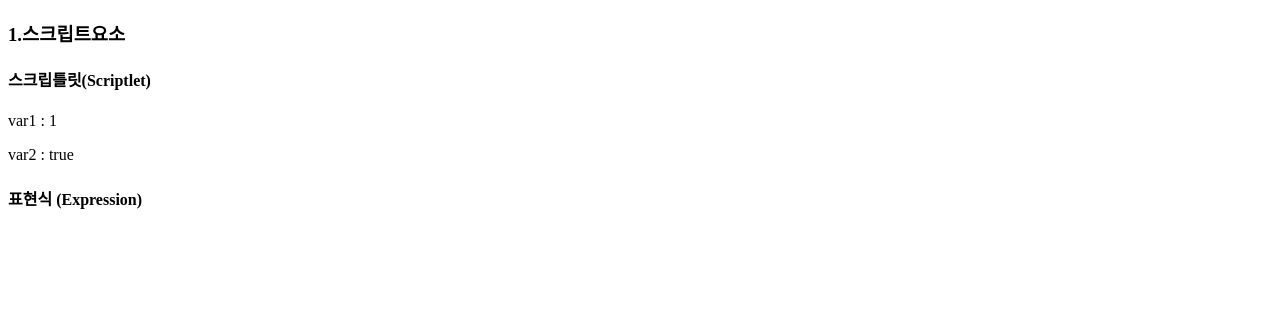
Repository: gahuileeee/JSP
Page: http://localhost/ch02/1.스크립요소.jsp
An editor plug-in stored every save of this project. The page is shown before and after the next save, followed by the edit.
The browser window is 1280 px wide. The pictures show the whole page.
The page is served by Tomcat 9.

Above is the page before, as saved 2024-01-29 01:20:12.

After the next save:
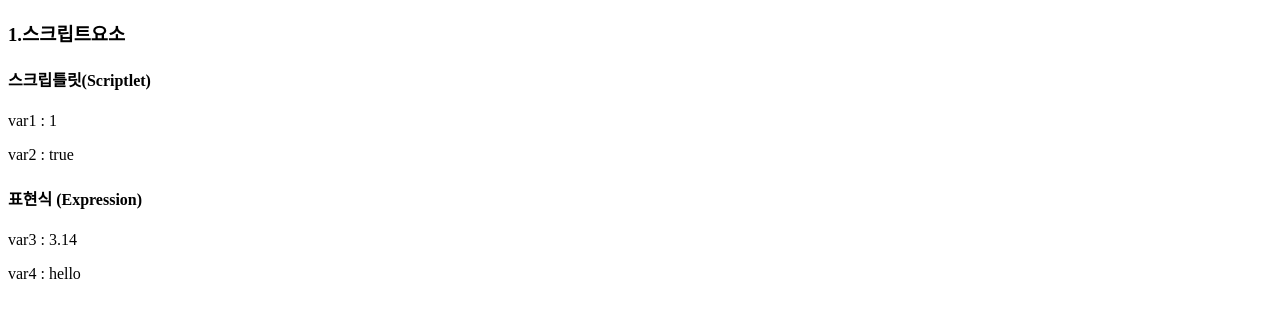
Saved 5 min 53 s later.
--- a/ch02/src/main/webapp/1.스크립요소.jsp
+++ b/ch02/src/main/webapp/1.스크립요소.jsp
@@ -20,6 +20,7 @@
 		%>
 
 		<h4>표현식 (Expression)</h4>
-
+		<p>var3 : <%=var3 %></p>
+		<p>var4 : <%=var4 %></p>
 	</body>
 </html>
